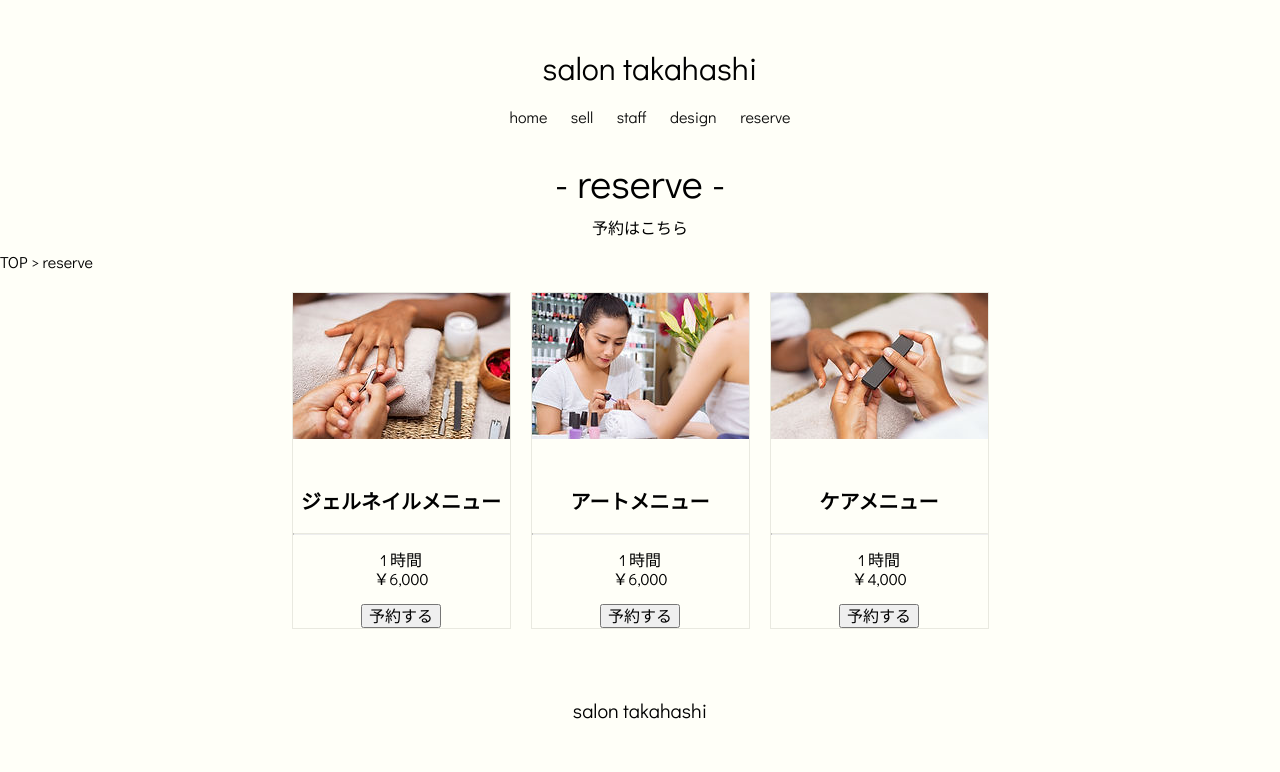
Repository: yukitakahashi1002/salontakahashi-
Page: reserve.html
These files come from the project's save history. The page is drawn as it stood at one moment and after the next save; the edit follows.
The browser window is 1280 px wide. The pictures show the whole page.

Above is the page before, as saved 2023-08-07 01:00:27.

After the next save:
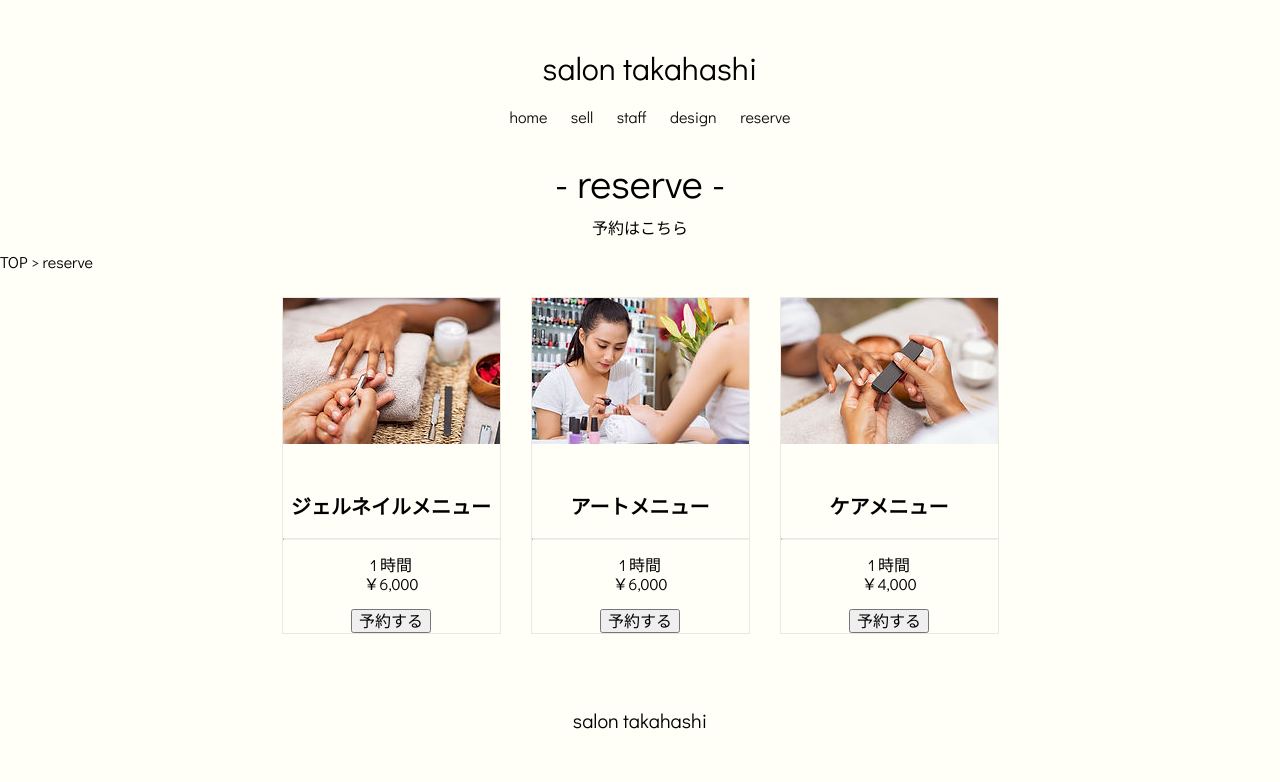
Saved 50 s later.
--- a/css/style.css
+++ b/css/style.css
@@ -287,7 +287,7 @@ h3 {
 
 #reserve-flex > div {
     border: 1px solid #E9E9E0;
-    margin: 10px;
+    margin: 15px;
 }
 
 hr {
